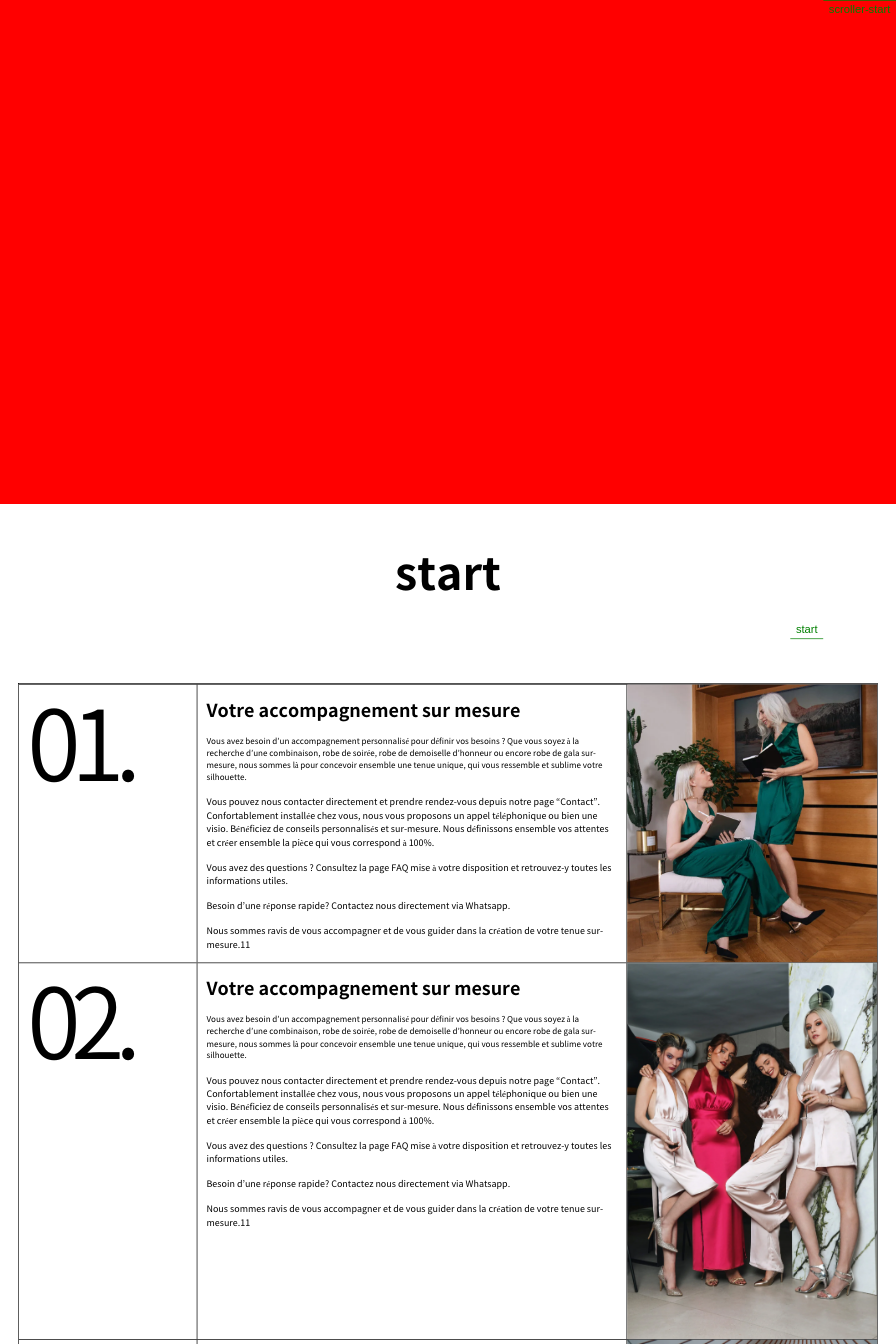
Repository: lwygold/motion
Page: layout/위로 하나씩 붙는 그리드.html
These files come from the project's save history. The page is drawn as it stood at one moment and after the next save; the edit follows.
The browser window is 1280 px wide. The pictures show the part of the page from y = 0 to 1920 px (the page is 6794 px tall before and 4213 px after), at 70% of full size.

Above is the page before, as saved 2023-03-28 10:52:35.

### layout/위로 하나씩 붙는 그리드.html
<!DOCTYPE html>
<html lang="ko">

<head>
    <meta http-equiv="Content-Type" content="text/html;charset=utf-8" />
    <meta name="viewport" content="width=device-width, user-scalable=no, target-densitydpi=medium-dpi" />
    <meta name="apple-mobile-web-app-capable" content="yes" />
    <meta name="format-detection" content="telephone=no" />
    <meta http-equiv="X-UA-Compatible" content="IE=edge" />
    <meta http-equiv="x-rim-auto-match" content="none" />
    <link rel="shortcut icon" href="./images/favicon.ico" />
    <link rel="stylesheet" type="text/css" href="../assets/css/slick.css" />
    <link rel="stylesheet" type="text/css" href="../assets/css/common.css" />
    <!-- <link rel="stylesheet" type="text/css" href="../assets/css/main.css" />
    <link rel="stylesheet" type="text/css" href="../assets/css/sub.css" /> -->
    <title>테스트</title>
    <script src="../assets/js/jquery-3.3.1.min.js"></script>
    <script src="../assets/js/jquery-ui.min.js"></script>
    <script src="../assets/js/slick.min.js"></script>
    <script src="../assets/js/gsap.js"></script>
    <script src="../assets/js/gsap_scroll_trigger.js"></script>
    <script src="../assets/js/green.js"></script>
    <script src="../assets/js/common.js"></script>
    <script src="../assets/js/main.js"></script>
    <script src="../assets/js/sub.js"></script>
</head>

<style>
    section {
        max-width: 100%;
        padding: 0 2%;
        box-sizing: border-box;
    }

    section.top {
        width: 100vw;
        height: 100vh;
        background: red;
    }

    section.bottom {
        width: 100vw;
        height: 100vh;
        background: blue;
    }

    h2 {
        font-size: 5vw;
        text-align: center;
        margin: 5vw 0;
    }

    .grid__wrap {
        padding: 5vw 0;
    }

    .grid {
        border: 1px solid #000;
        box-sizing: border-box;
    }

    .grid__li1 {
        border-top: 1px solid #000;
        display: grid;
        grid-template-columns: repeat(24, minmax(0, 1fr));
        grid-template-rows: min-content minmax(0, 1fr);
        background: #fff;
    }

    .grid__li1>div:first-child {
        border-right: 1px solid #000;
        grid-column-start: 1;
        grid-column-end: 6;
        box-sizing: border-box;
        padding: 1vw;
    }

    .grid__li1>div:nth-child(2) {
        border-right: 1px solid #000;
        grid-column-start: 6;
        grid-column-end: 18;
        box-sizing: border-box;
    }

    .grid__li1>div:nth-child(3) {
        grid-column-start: 18;
        grid-column-end: 25;
    }

    .grid__li1>div:first-child span {
        font-size: 3.3vw;
        font-weight: 300;
        transform: scale(3.3);
        transform-origin: top left;
        display: inline-block;
        letter-spacing: -0.1em;
    }

    .grid__li1>div:nth-child(2) h3 {
        font-size: 2vw;
        line-height: 1.5;
        color: #000;
        padding: 1.3vw 1vw;
    }

    .grid__li1>div:nth-child(2)>p {
        font-size: 0.9vw;
        color: #000;
        margin-bottom: 1.3vw;
        line-height: 1.5;
        padding: 0 1vw;
    }

    .grid__li1>div:nth-child(2)>div>p {
        font-size: 1vw;
        line-height: 1.5;
        color: #000;
        margin-bottom: 1.3vw;
        padding: 0 1vw;
    }

    .grid__li1>div:nth-child(3) img {
        width: 100%;
        height: 100%;
        object-fit: cover;
    }
</style>

<body>

    <section class="top"></section>
    <section class="start">

        <div>
            <h2>start</h2>
            <div class="grid__wrap">
                <ul class="grid">
                    <li class="grid__li1">
                        <div>
                            <span>01.</span>
                        </div>
                        <div>
                            <h3>
                                Votre accompagnement sur mesure
                            </h3>
                            <p>
                                Vous avez besoin d’un accompagnement personnalisé pour définir vos besoins ?
                                Que vous soyez à la recherche d’une combinaison, robe de soirée, robe de demoiselle
                                d’honneur ou encore robe de gala sur-mesure, nous sommes là pour concevoir ensemble une
                                tenue unique, qui vous ressemble et sublime votre silhouette.
                            </p>
                            <div>
                                <p>Vous pouvez nous contacter directement et prendre rendez-vous depuis notre page
                                    “Contact”. Confortablement installée chez vous, nous vous proposons un appel
                                    téléphonique ou bien une visio. Bénéficiez de conseils personnalisés et sur-mesure.
                                    Nous définissons ensemble vos attentes et créer ensemble la pièce qui vous
                                    correspond à 100%.</p>
                                <p>Vous avez des questions ? Consultez la page FAQ mise à votre disposition et
                                    retrouvez-y toutes les informations utiles.</p>
                                <p>Besoin d’une réponse rapide? Contactez nous directement via Whatsapp.</p>
                                <p> Nous sommes ravis de vous accompagner et de vous guider dans la création de votre
                                    tenue sur-mesure.11</p>
                            </div>
                        </div>
                        <div>
                            <img src="./images/11.png" alt="">
                        </div>
                    </li>
                    <li class="grid__li1">
                        <div>
                            <span>02.</span>
                        </div>
                        <div>
                            <h3>
                                Votre accompagnement sur mesure
                            </h3>
                            <p>
                                Vous avez besoin d’un accompagnement personnalisé pour définir vos besoins ?
                                Que vous soyez à la recherche d’une combinaison, robe de soirée, robe de demoiselle
                                d’honneur ou encore robe de gala sur-mesure, nous sommes là pour concevoir ensemble une
                                tenue unique, qui vous ressemble et sublime votre silhouette.
                            </p>
                            <div>
                                <p>Vous pouvez nous contacter directement et prendre rendez-vous depuis notre page
                                    “Contact”. Confortablement installée chez vous, nous vous proposons un appel
                                    téléphonique ou bien une visio. Bénéficiez de conseils personnalisés et sur-mesure.
                                    Nous définissons ensemble vos attentes et créer ensemble la pièce qui vous
                                    correspond à 100%.</p>
                                <p>Vous avez des questions ? Consultez la page FAQ mise à votre disposition et
                                    retrouvez-y toutes les informations utiles.</p>
                                <p>Besoin d’une réponse rapide? Contactez nous directement via Whatsapp.</p>
                                <p> Nous sommes ravis de vous accompagner et de vous guider dans la création de votre
                                    tenue sur-mesure.11</p>
                            </div>
                        </div>
                        <div>
                            <img src="./images/22.png" alt="">
                        </div>
                    </li>
                    <li class="grid__li1">
                        <div>
                            <span>03.</span>
                        </div>
                        <div>
                            <h3>
                                Votre accompagnement sur mesure
                            </h3>
                            <p>
                                Vous avez besoin d’un accompagnement personnalisé pour définir vos besoins ?
                                Que vous soyez à la recherche d’une combinaison, robe de soirée, robe de demoiselle
                                d’honneur ou encore robe de gala sur-mesure, nous sommes là pour concevoir ensemble une
                                tenue unique, qui vous ressemble et sublime votre silhouette.
                            </p>
                            <div>
                                <p>Vous pouvez nous contacter directement et prendre rendez-vous depuis notre page
                                    “Contact”. Confortablement installée chez vous, nous vous proposons un appel
                                    téléphonique ou bien une visio. Bénéficiez de conseils personnalisés et sur-mesure.
                                    Nous définissons ensemble vos attentes et créer ensemble la pièce qui vous
                                    correspond à 100%.</p>
                                <p>Vous avez des questions ? Consultez la page FAQ mise à votre disposition et
                                    retrouvez-y toutes les informations utiles.</p>
                                <p>Besoin d’une réponse rapide? Contactez nous directement via Whatsapp.</p>
                                <p> Nous sommes ravis de vous accompagner et de vous guider dans la création de votre
                                    tenue sur-mesure.11</p>
                            </div>
                        </div>
                        <div>
                            <img src="./images/33.png" alt="">
                        </div>
                    </li>
                    <li class="grid__li1">
                        <div>
                            <span>04.</span>
                        </div>
                        <div>
                            <h3>
                                Votre accompagnement sur mesure
                            </h3>
                            <p>
                                Vous avez besoin d’un accompagnement personnalisé pour définir vos besoins ?
                                Que vous soyez à la recherche d’une combinaison, robe de soirée, robe de demoiselle
                                d’honneur ou encore robe de gala sur-mesure, nous sommes là pour concevoir ensemble une
                                tenue unique, qui vous ressemble et sublime votre silhouette.
                            </p>
                            <div>
                                <p>Vous pouvez nous contacter directement et prendre rendez-vous depuis notre page
                                    “Contact”. Confortablement installée chez vous, nous vous proposons un appel
                                    téléphonique ou bien une visio. Bénéficiez de conseils personnalisés et sur-mesure.
                                    Nous définissons ensemble vos attentes et créer ensemble la pièce qui vous
                                    correspond à 100%.</p>
                                <p>Vous avez des questions ? Consultez la page FAQ mise à votre disposition et
                                    retrouvez-y toutes les informations utiles.</p>
                                <p>Besoin d’une réponse rapide? Contactez nous directement via Whatsapp.</p>
                                <p> Nous sommes ravis de vous accompagner et de vous guider dans la création de votre
                                    tenue sur-mesure.11</p>
                            </div>
                        </div>
                        <div>
                            <img src="./images/44.png" alt="">
                        </div>
                    </li>
                    <li class="grid__li1">
                        <div>
                            <span>05.</span>
                        </div>
                        <div>
                            <h3>
                                Votre accompagnement sur mesure
                            </h3>
                            <p>
                                Vous avez besoin d’un accompagnement personnalisé pour définir vos besoins ?
                                Que vous soyez à la recherche d’une combinaison, robe de soirée, robe de demoiselle
                                d’honneur ou encore robe de gala sur-mesure, nous sommes là pour concevoir ensemble une
                                tenue unique, qui vous ressemble et sublime votre silhouette.
                            </p>
                            <div>
                                <p>Vous pouvez nous contacter directement et prendre rendez-vous depuis notre page
                                    “Contact”. Confortablement installée chez vous, nous vous proposons un appel
                                    téléphonique ou bien une visio. Bénéficiez de conseils personnalisés et sur-mesure.
                                    Nous définissons ensemble vos attentes et créer ensemble la pièce qui vous
                                    correspond à 100%.</p>
                                <p>Vous avez des questions ? Consultez la page FAQ mise à votre disposition et
                                    retrouvez-y toutes les informations utiles.</p>
                                <p>Besoin d’une réponse rapide? Contactez nous directement via Whatsapp.</p>
                                <p> Nous sommes ravis de vous accompagner et de vous guider dans la création de votre
                                    tenue sur-mesure.11</p>
                            </div>
                        </div>
                        <div>
                            <img src="./images/55.png" alt="">
                        </div>
                    </li>
                </ul>
            </div>
        </div>

    </section>
    <section class="bottom"></section>





    <script>

        $(function () {

            gsap.registerPlugin(ScrollTrigger);

            const h1 = $('.grid__li1>div:nth-child(2) h3').outerHeight();
            const panels = gsap.utils.toArray(".grid__li1");
            let panels_cnt = $('.grid__li1').length;
            const h2 = $('.grid__li1').outerHeight();
            const t1 = gsap.timeline({
                scrollTrigger: {
                    trigger: '.grid__wrap',
                    start: "top top",
                    // end: "+="+img*10,
                    pin: true,
                    scrub: true,
                    markers: true,
                }
            });



            panels.forEach((panel, i, p) => {

                if(i!=0){
                    t1.to(p[i],{
                        y: -(h2*i)-(h1*i)+(h1*2),
                    })

                }

            });









        });

    </script>
</body>

</html>

Loaded but not shown: assets/css/slick.css (common file); assets/js/jquery-3.3.1.min.js (library); assets/js/jquery-ui.min.js (library); assets/js/slick.min.js (library); assets/js/gsap.js (library); assets/js/gsap_scroll_trigger.js (library); assets/js/green.js (187 lines, source omitted); assets/js/main.js (17 lines, source omitted); assets/js/common.js (7 lines, source omitted); assets/js/sub.js (3 lines, source omitted); assets/css/common.css (619 lines, source omitted)

After the next save:
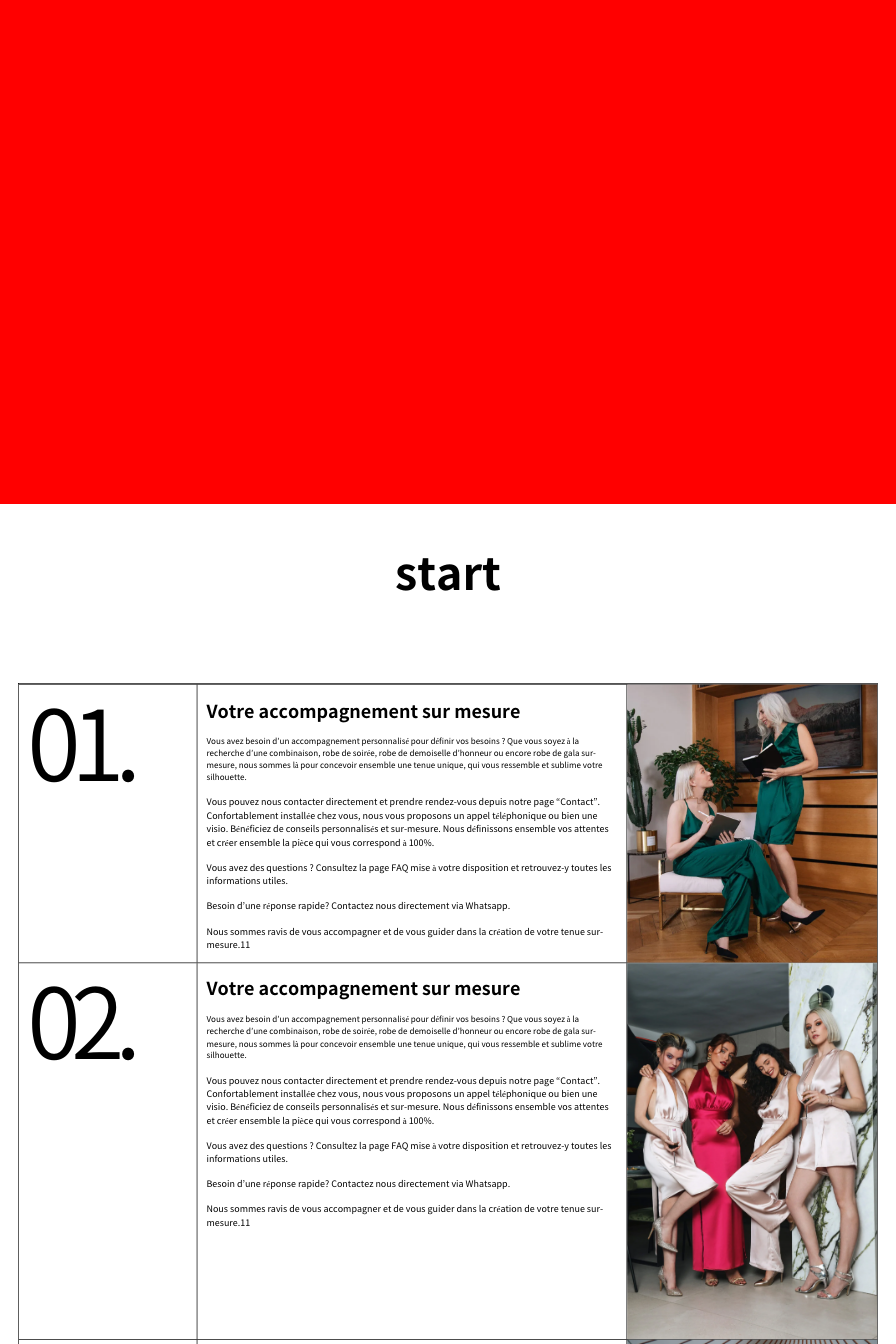
Console error: SyntaxError: Identifier 'panels' has already been declared
Saved 88 s later.
--- a/layout/위로 하나씩 붙는 그리드.html
+++ b/layout/위로 하나씩 붙는 그리드.html
@@ -309,6 +309,7 @@
 
             const h1 = $('.grid__li1>div:nth-child(2) h3').outerHeight();
             const panels = gsap.utils.toArray(".grid__li1");
+            const panels = gsap.utils.toArray(".grid__li1 span");
             let panels_cnt = $('.grid__li1').length;
             const h2 = $('.grid__li1').outerHeight();
             const t1 = gsap.timeline({

After the save that followed:
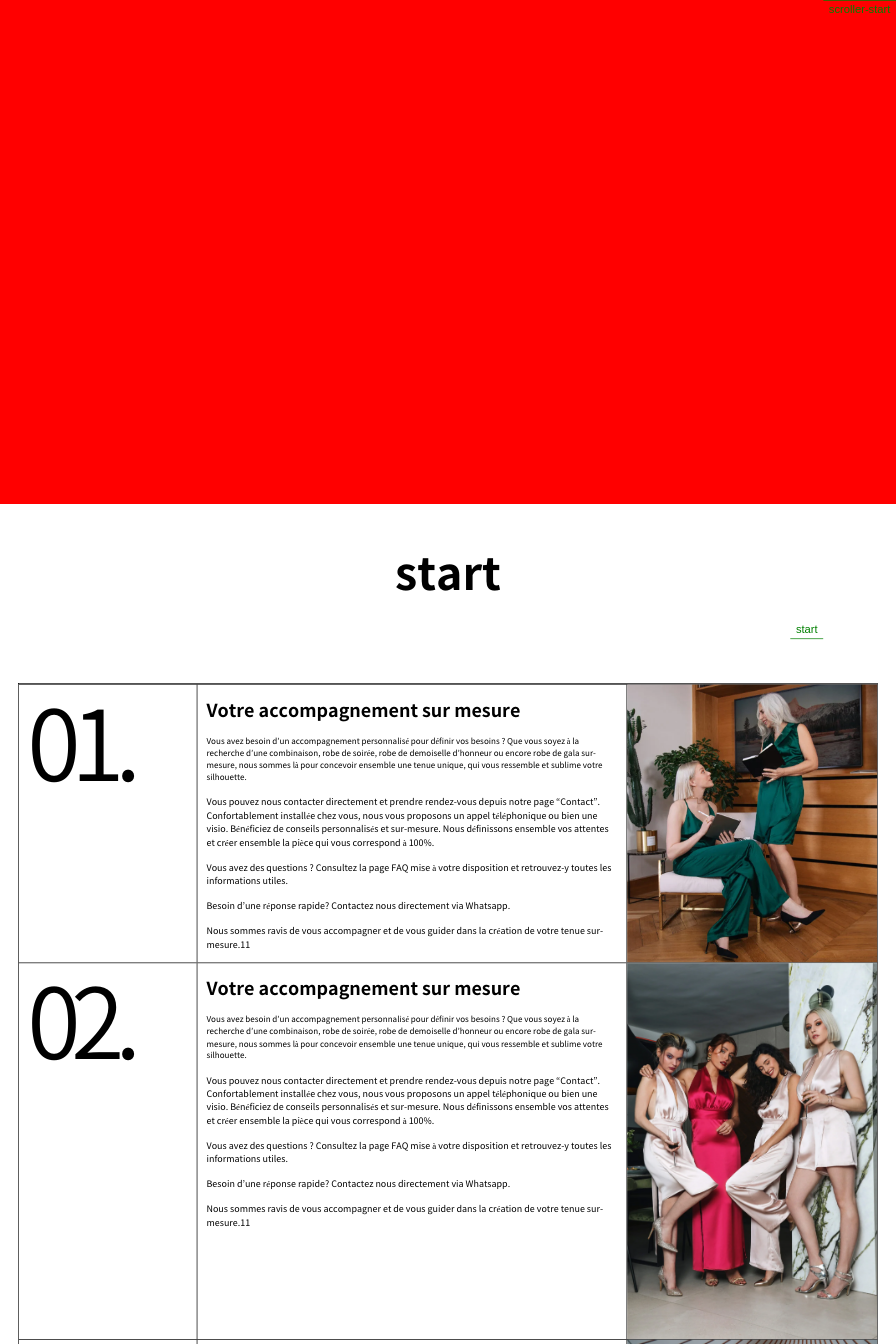
The error is gone.
Saved 13 s later.
--- a/layout/위로 하나씩 붙는 그리드.html
+++ b/layout/위로 하나씩 붙는 그리드.html
@@ -309,7 +309,7 @@
 
             const h1 = $('.grid__li1>div:nth-child(2) h3').outerHeight();
             const panels = gsap.utils.toArray(".grid__li1");
-            const panels = gsap.utils.toArray(".grid__li1 span");
+            const panels2 = gsap.utils.toArray(".grid__li1 span");
             let panels_cnt = $('.grid__li1').length;
             const h2 = $('.grid__li1').outerHeight();
             const t1 = gsap.timeline({
@@ -336,6 +336,17 @@
 
             });
 
+            panels2.forEach((panel, i, p) => {
+
+                if(i!=0){
+                    t1.to(p[i],{
+                        y: -(h2*i)-(h1*i)+(h1*2),
+                    })
+
+                }
+
+            });
+
 
 
 
